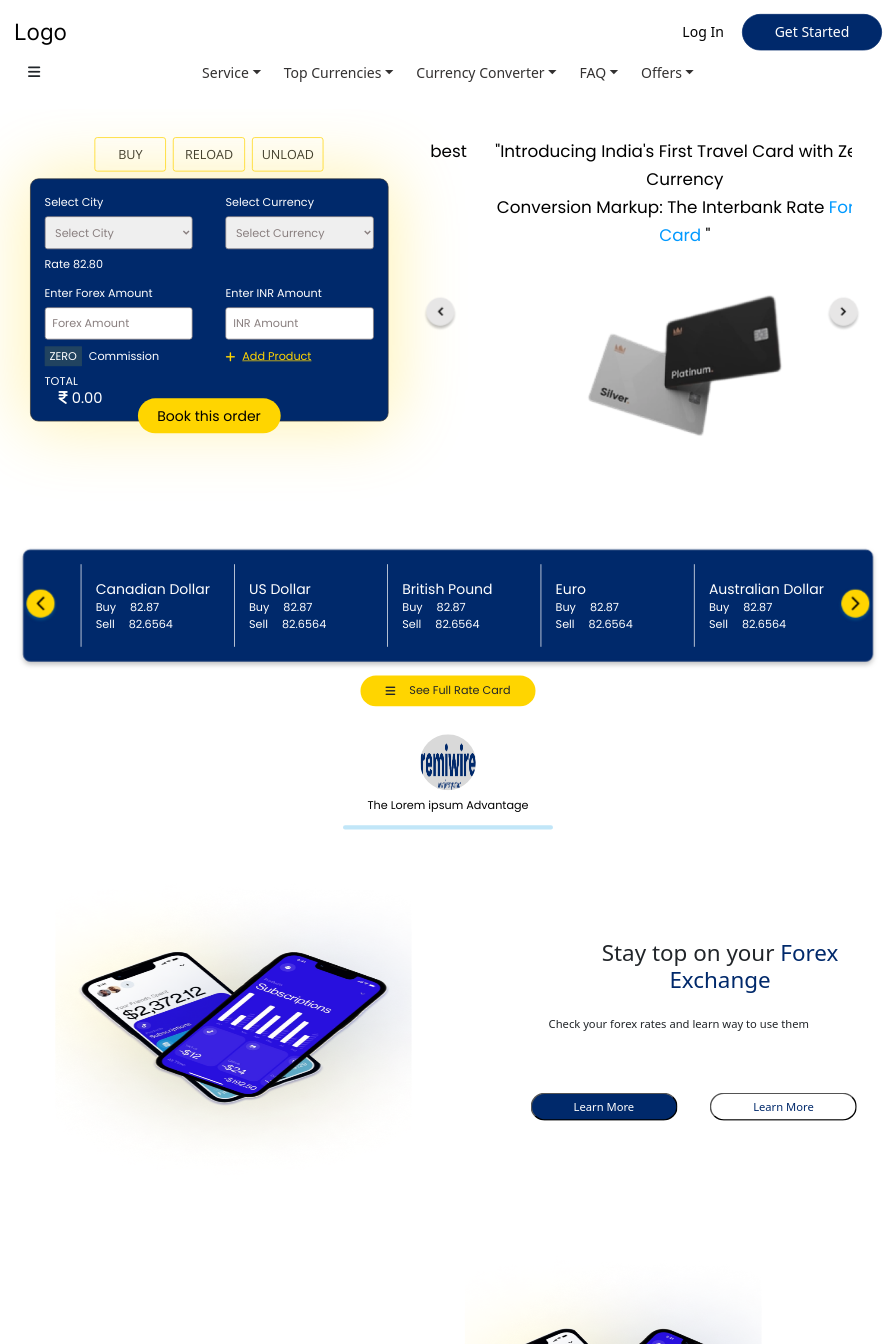
Repository: FlyweisReact/Akshadeep-latest
Page: /
These files come from the project's save history. The page is drawn as it stood at one moment and after a run of saves; the edit follows.
The browser window is 1280 px wide. The pictures show the part of the page from y = 0 to 1920 px (the page is 4704 px tall), at 70% of full size.
Some web libraries are served in a nearby version. The project was rebuilt for these pictures with package versions that can differ from the ones it lists, and the page was loaded fresh each time. Also part of the build but not shown: src/components/exchange.jsx, src/components/order_p1.jsx, src/components/order_p2.jsx, src/components/faas.jsx, src/components/offer.jsx, src/components/main2.jsx, src/components/home.jsx, src/components/slider.jsx and 6 more.

Above is the page before, as saved 2023-05-23 16:07:17.

### public/index.html
<!DOCTYPE html>
<html lang="en">
  <head>
    <meta charset="utf-8" />
    <link rel="icon" href="%PUBLIC_URL%/favicon.ico" />
    <meta name="viewport" content="width=device-width, initial-scale=1" />
    <meta name="theme-color" content="#000000" />
    <meta
      name="description"
      content="Web site created using create-react-app"
    />
    <link rel="apple-touch-icon" href="%PUBLIC_URL%/logo192.png" />

    <link rel="manifest" href="%PUBLIC_URL%/manifest.json" />
    <link rel="stylesheet" href="https://cdnjs.cloudflare.com/ajax/libs/font-awesome/5.15.3/css/all.min.css" />
    <link href="https://cdn.jsdelivr.net/npm/bootstrap@5.3.0-alpha1/dist/css/bootstrap.min.css" rel="stylesheet" integrity="sha384-GLhlTQ8iRABdZLl6O3oVMWSktQOp6b7In1Zl3/Jr59b6EGGoI1aFkw7cmDA6j6gD" crossorigin="anonymous">
    <title>React App</title>
  </head>
  <body>
    <noscript>You need to enable JavaScript to run this app.</noscript>
    <div id="root"></div>
    <script src="https://kit.fontawesome.com/b533b351e4.js" crossorigin="anonymous"></script>
  </body>
</html>

### src/components/Main.jsx
/** @format */

import React from "react";
import Navbar from "./navbar";
import "react-responsive-carousel/lib/styles/carousel.min.css";
import BottomCont from "./bottom_cont";
import Footer from "./footer";
import img from "../Images/a-7.png";
import UpperForm from "./Component/Index/UpperForm";
import UpperSlider from "./Component/Index/UpperSlider";
import CurrencySlider from "./Component/Index/CurrencySlider";
import logo from '../Images/logo.png'

function Main() {
  return (
    <>
      <Navbar />

      <div className="upper-two-component">
        <div className="left-component">
          <UpperForm />
        </div>
        <div className="right-component">
          <UpperSlider />
        </div>
      </div>

      <div className="Index-currency_cont">
        <CurrencySlider />
      </div>

      <div className="Index_center_button">
      <i className="fa-solid fa-bars"></i>
        <p>See Full Rate Card</p>
      </div>

      <div className="Index_center_Div">
      <img src={logo} alt='' className="logo" />

        <p>The Lorem ipsum Advantage</p>
        <hr />
      </div>



      <div className="main-2-cont">
        <div className="main-2-left">
          <img src={img} alt="" />
        </div>
        <div className="main-2-right">
          <h2>
            Stay top on your <spam className="sp">Forex Exchange</spam>
          </h2>
          <p>Check your forex rates and learn way to use them</p>
          <div className="main-2-r-btn">
            <button className="main-2l-btn">Learn More</button>
            <button className="main-2r-btn">Learn More</button>
          </div>
        </div>
      </div>
      <div className="main-3-cont">
        <div className="main-3-left">
          <h2>
            Stay top on your <spam className="sp">Forex Exchange</spam>
          </h2>
          <p>Check your forex rates and learn way to use them</p>
          <div className="main-2-r-btn">
            <button className="main-2l-btn">Learn More</button>
            <button className="main-2r-btn">Learn More</button>
          </div>
        </div>
        <div className="main-3-right">
          <img src={img} alt="" />
        </div>
      </div>
      <BottomCont />
      <Footer />
    </>
  );
}

export default Main;

### src/Style/Header.css
/** @format */

.Sticky-Header-Companent {
  height: 100%;
  background-color: var(--white);
  position: sticky;
  top: 0;
  z-index: 999;
  padding: 20px;
  transition: box-shadow 0.3s ease;
}

.scrolled {
  box-shadow: rgba(0, 0, 0, 0.24) 0px 3px 8px;
}

.Header {
  width: 100%;
  display: flex;
  justify-content: space-between;
  align-items: center;
}

.Header .left-component a {
  font-family: InterFont;
  font-size: 2rem;
  color: #000000;
  cursor: pointer;
  text-decoration: none;
}

.Header .right-component {
  display: flex;
  gap: 20px;
}
.Header .right-component .btn1 {
  font-weight: 500;
  font-size: var(--medium-font);
  color: var(--black);
  background-color: transparent;
  border: none;
}
.Header .right-component .btn2 {
  font-size: var(--medium-font);
  color: var(--white);
  background-color : #00296B;
  border: 1px solid #00296B;
  padding: 10px;
  width: 200px;
  border-radius: var(--half-border);
}

/* Category Drop- Down */
.Drop-Category-Bar {
  display: flex;
  align-items: center;
}
.Drop-Category-Bar .left-container {
  width: 20%;
  padding: 20px;
}

.Drop-Category-Bar .right-Container {
  display: flex;
  width: 60%;
  justify-content: space-evenly;
}

.Drop-Category-Bar .left-container i {
  font-size: var(--medium-font);
  cursor: pointer;
}
.Drop-Category-Bar .right-Container #dropdown-basic {
  border: none;
  font-size: var(--medium-font);
  font-style: normal;
  line-height: 29px;
  color: #333131;
}
.Drop-Category-Bar .right-Container #dropdown-button-drop-end {
  width: 100%;
  display: flex;
  justify-content: space-between;
  gap: 20px;
  align-items: center;
  font-size: var(--small-font);
  border: none;
}
.Drop-Category-Bar .right-Container .dropdown-item {
  width: 100%;
  font-size: var(--small-font);
  border: none;
  padding-left: 12px;
}

/* FullScreen Offcanvas */
.offcanvas.offcanvas-start {
  width: 100% !important;
  background-color: transparent;
}
.offcanvas-backdrop.show {
  opacity: 0.9 !important;
}
.Offcanvas-Menu {
  position: relative;
  padding: 20px;
}
.Offcanvas-Menu .fa-x {
  font-size: var(--medium-font);
  color: #fff;
  position: absolute;
  right: 20px;
  top: 20px;
  cursor: pointer;
}
.Offcanvas-Menu .Menu-Items {
  display: flex;
  justify-content: space-evenly;
  align-items: center;
  position: absolute;
  top: 50%;
  gap: 20px;
  left: 50%;
  transform: translate(-50%, -50%);
  width: 100%;
  padding-left: 5%;
  padding-right: 5%;
}
.Offcanvas-Menu .Menu-Items div {
  width: 20%;
  cursor: pointer;
}
.Offcanvas-Menu .Menu-Items div img {
  display: block;
  margin: auto;
}
.Offcanvas-Menu .Menu-Items div a {
  text-decoration: none;
}
.Offcanvas-Menu .Menu-Items p {
  font-size: var(--medium-font);
  color: #ffffff;
  text-align: center;
  margin-top: 10px;
  font-family: OpenFont;
  text-decoration: none;
  width: 100%;
}

### src/Style/Layout.css
/**
 * Two Section Component
 *
 * @format
 */

.upper-two-component {
  display: flex;
  justify-content: space-evenly;
  padding-top: 20px;
}
.upper-two-component .left-component {
  width: 40%;
}
.upper-two-component .right-component {
  width: 50%;
}

/* Currency Container */
.Index-currency_cont {
  width: 98%;
  margin: auto;
  padding: 20px;
  filter: drop-shadow(0px 4px 4px rgba(0, 0, 0, 0.25));
  padding-top: 5%;
}

/* Rate Button */
.Index_center_button {
  width: 250px;
  background: #ffd500;
  border-radius: 27px;
  display: flex;
  gap: 20px;
  justify-content: center;
  align-items: center;
  padding: 10px;
  margin: auto;
  cursor: pointer;
}
.Index_center_button i {
  margin: 0;
}
.Index_center_button p {
  margin: 0;
  font-family: PoppinFont;
  font-size: var(--extra-small-font);
}

/* Index_center_Div */
.Index_center_Div {
  width: 300px;
  display: block;
  margin: auto;
  padding-top: 20px;
  text-align: center;
  margin-top: 20px;
}
.Index_center_Div .logo {
  background-color: #d9d9d9;
  color: #000;
  font-family: PoppinFont;
  width: 80px;
  height: 80px;
  border-radius: 100%;
  display: flex;
  justify-content: center;
  align-items: center;
  margin: auto;
  font-size: var(--medium-font);
}
.Index_center_Div p {
  color: #000;
  font-family: PoppinFont;
  text-align: center;
  font-size: var(--extra-small-font);
  margin-top: 10px;
}
.Index_center_Div hr {
  border: 3px solid #0b9be3;
  border-radius: 8px;
}

### src/Style/Component.css
/**
 * Upper Form Component
 *
 * @format
 */

.Index-Upper-Form {
  width: 100%;
  padding-top: 20px;
}
.Index-Upper-Form .button-container {
  display: flex;
  align-items: center;
  justify-content: center;
  gap: 10px;
  width: 100%;
}
.Index-Upper-Form .button-container button {
  background-color: #fff;
  color: #333;
  border: 1px solid #ffd500;
  font-size: var(--small-font);
  cursor: pointer;
  padding: 10px;
  width: 20%;
  font-family: OpenFont;
  border-radius: 4px;
  transition: 0.5s;
}
.Index-Upper-Form .button-container button:hover {
  background: #ffd500;
}
.Index-Upper-Form .form-cont {
  width: 100%;
  margin-top: 10px;
  background: #00296b;
  border: 1px solid #333131;
  box-shadow: 0px 0px 100px 8px rgba(255, 213, 0, 0.3);
  border-radius: 12px;
  position: relative;
  padding: 20px;
}
.Index-Upper-Form .form-cont .form-part-1 .two-cont {
  display: flex;
  justify-content: space-between;
  width: 100%;
}
.Index-Upper-Form .form-cont .form-part-1 .two-cont div {
  width: 45%;
}
.Index-Upper-Form .form-cont .form-part-1 .two-cont div label {
  color: var(--white);
  font-size: var(--extra-small-font);
  font-family: PoppinFont;
  line-height: 24px;
  color: #ffffff;
}

.Index-Upper-Form .form-cont .form-part-1 .two-cont div select {
  width: 100%;
  margin-top: 3px;
  outline: none;
  font-size: var(--extra-small-font);
  color: #897f7f;
  font-family: PoppinFont;
  padding: 10px;
  border-radius: 4px;
  border: 1px solid #897f7f;
}
.Index-Upper-Form .form-cont .form-part-1 .rate {
  font-size: 16px;
  line-height: 24px;
  color: #ffffff;
  margin-top: 10px;
  font-family: PoppinFont;
}
.Index-Upper-Form .form-cont .form-part-1 .two-cont div input {
  width: 100%;
  margin-top: 3px;
  outline: none;
  font-size: var(--extra-small-font);
  color: #897f7f;
  font-family: PoppinFont;
  padding: 10px;
  border-radius: 4px;
  border: 1px solid #897f7f;
}
.Index-Upper-Form .form-cont .form-part-1 .two-cont div input::placeholder {
  color: #897f7f;
}
.Index-Upper-Form .form-cont .form-part-1 .two-cont .two-section {
  display: flex;
  gap: 10px;
  color: var(--white);
  margin-top: 10px;
  align-items: center;
}
.Index-Upper-Form .form-cont .form-part-1 .two-cont .two-section p {
  margin: 0;
  font-family: PoppinFont;
}
.Index-Upper-Form .form-cont .form-part-1 .two-cont .two-section button {
  background-color: #214360;
  outline: none;
  border: 1px solid #214360;
  color: var(--white);
  font-family: PoppinFont;
}
.Index-Upper-Form .form-cont .form-part-1 .two-cont .two-section i {
  color: #ffd500;
}
.Index-Upper-Form .form-cont .form-part-1 .two-cont .two-section .add {
  color: #ffd500;
  text-decoration: underline;
}
.Index-Upper-Form .form-cont .ord-btn {
  font-size: var(--medium-font);
  font-family: PoppinFont;
  background: #ffd500;
  border-radius: 30.2748px;
  border: none;
  width: 40%;
  padding: 10px;
  display: block;
  margin: auto;
  position: absolute;
  top: 98%;
  cursor: pointer;
  left: 50%;
  transform: translate(-50%, -50%);
}

/* Slick Slider */
.slick-slider-Cont {
  position: relative;
}
.slick-slider-Cont .Prev-Next_cont {
  display: flex;
  justify-content: space-between;
}
.slick-slider-Cont .Prev-Next_cont .PrevImg {
  position: absolute;
  top: 50%;
  left: 5%;
  transform: translate(-50%, -50%);
  cursor: pointer;
}
.slick-slider-Cont .Prev-Next_cont .NextImg {
  position: absolute;
  top: 50%;
  left: 95%;
  transform: translate(-50%, -50%);
  cursor: pointer;
}

.Slick-Slider {
  height: 100%;
  padding: 20px;
}
.Slick-Slider .slider-container-div {
  width: 100%;
}
.Slick-Slider .slider-container-div p {
  font-family: PoppinFont;
  font-size: 24px;
  line-height: 40px;
  color: #000;
  text-align: center;
  margin: 0;
}
.Slick-Slider .slider-container-div img {
  display: block;
  margin: auto;
}
.Slick-Slider:focus {
  border: none !important;
}
.Slick-Slider:active {
  border: none !important;
}

.Slick-Slider .slider-container-div .two-comp {
  display: flex;
  justify-content: space-evenly;
  gap: 10px;
}
.Slick-Slider .slider-container-div .two-comp .left-comp {
  width: 45%;
  position: relative;
}
.Slick-Slider .slider-container-div .two-comp .left-comp img {
  position: absolute;
  top: 50%;
  left: 50%;
  transform: translate(-50%, -50%);
}
.Slick-Slider .slider-container-div .two-comp .right-comp {
  width: 60%;
}
.Slick-Slider .slider-container-div .two-comp .right-comp div {
  display: flex;
  padding-top: 20px;
  gap: 20px;
  align-items: center;
}
.Slick-Slider .slider-container-div .two-comp .right-comp p {
  margin: 0;
  font-size: var(--extra-small-font);
  line-height: normal;
  width: 90%;
  text-align: left;
}
.Slick-Slider .slider-container-div .two-comp .right-comp i {
  margin: 0;
  background-color: #00a067;
  color: #fff;
  border-radius: 100%;
  padding: 5px;
}


/* Currency-Slider  */
.currency_slider_cont{
  background-color: #00296B;
  border: 1px solid #00296B;
  border-radius: 10px;
  position: relative;
  width: 100%;
}
.currency_slider_cont .currency_slider{
  height: 100%;
  padding: 20px;
  padding-left: 5%;
  padding-right: 5%;
}
.currency_slider_cont .currency_slider:focus {
  border: none !important;
}
.currency_slider_cont .currency_slider:active {
  border: none !important;
}

.currency_slider_cont .currency_slider .Item{
  color: #fff;
  border-right: 1px solid #fff;
  padding: 20px;
  width: 20%;
}
.currency_slider_cont .currency_slider .Item p{
  margin: 0;
}
.currency_slider_cont .currency_slider .Item .head{
  font-family: PoppinFont;
  font-size: var(--medium-font);
}
.currency_slider_cont .currency_slider .Item .two_sec{
  display: flex;
  align-items: center;
  gap: 20px;
}
.currency_slider_cont .currency_slider .Item .two_sec p{
  font-family: PoppinFont;
font-size: var(--extra-small-font);
}
.currency_slider_cont .Prev-Next_cont {
  display: flex;
  justify-content: space-between;
}
.currency_slider_cont .Prev-Next_cont .PrevImg {
  position: absolute;
  top: 50%;
  left: 2%;
  transform: translate(-50%, -50%);
  cursor: pointer;
}
.currency_slider_cont .Prev-Next_cont .NextImg {
  position: absolute;
  top: 50%;
  left: 98%;
  transform: translate(-50%, -50%);
  cursor: pointer;
}

.slick-prev:before {
  display: none !important;
}
.slick-next:before{
  display: none
  ;
}

### src/components/navbar.jsx
import Header from "./Layout/Header";

const Navbar = () => {
  return (
    <>
      <Header />

    </>
  );
};

export default Navbar;

### src/components/bottom_cont.jsx
import React from "react";
import img from "../Images/a-33.png";
import img2 from "../Images/a-34.png";
import img3 from "../Images/a-35.png";
import img4 from "../Images/a-36.png";
import img5 from "../Images/a-37.png";
import img6 from "../Images/a-51.png";

const BotCont = () => {
  return (
    <>
      <div className="bot-part-1">
        <div className="bot-cont-imgs">
          <div>
            <img src={img} />
            <h6>USD 1 Billion+</h6>
            <p>Exchanged so far</p>
          </div>
          <div>
            <img src={img2} />
            <h6>3,00,000+</h6>
            <p>Happy Customers</p>
          </div>
          <div>
            <img src={img3} />
            <h6>5000+</h6>
            <p>Banks and Money Exchangers</p>
          </div>
        </div>
      </div>
      <div className="bot-part-3">
        <img src={img6} />
      </div>
      <div className="bot-part-2">
        <h3>Media Mentions</h3>
        <div className="bot-part-2-sub">
          <div className="bot-cont-card">
            <h4>Loren Ipsum Id best Platform out there</h4>
            <p>
              Lorem Ipsum is simply dummy text of the printing and typesetting
              industry. Lorem Ipsum has been the industry's standard dummy text
              ever since the 1500s, when an unknown printer took a galley of
              type and scrambled it to make a type specimen book.
            </p>
            <div className="thin-line"></div>
            <div className="bot-cont-card-2">
              <img src={img4} />
              <p>5 star</p>
            </div>
          </div>
          <div className="bot-cont-card">
            <h4>Loren Ipsum Id best Platform out there</h4>
            <p>
              Lorem Ipsum is simply dummy text of the printing and typesetting
              industry. Lorem Ipsum has been the industry's standard dummy text
              ever since the 1500s, when an unknown printer took a galley of
              type and scrambled it to make a type specimen book.
            </p>
            <div className="thin-line"></div>
            <div className="bot-cont-card-2">
              <img src={img5} style={{height:"40px"}} />
              <p>5 star</p>
            </div>
          </div>
        </div>
      </div>
    </>
  );
};

export default BotCont;

### src/components/footer.jsx
import React from "react";

const Footer = () => {
  return (
    <footer className="footer">
      <div className="footer-cont">
        <div className="foot-row">
          <div className="foot-col">
            <h3>Company</h3>
            <p>About Us</p>
            <p>Contact Us</p>
            <p>Careers</p>
          </div>
          <div className="foot-col">
            <h3>Services</h3>
            <p>Prepaid Travel Card</p>
            <p>Foreign Demand Draft</p>
            <p>Foreign Currency</p>
            <p>Educational Loans</p>
            <p>Remmittance</p>
            <p>Travel Insurance</p>
            <p>Forex as a Service (Faas Solution)</p>
          </div>
          <div className="foot-col">
            <h3>Quick Links</h3>
            <p>FAQs</p>
            <p>Cancellation & Refund Policy</p>
            <p>Forex Rates</p>
            <p>Our Policies</p>
            <p>Terms of Use</p>
            <p>Site Map</p>
            <p>Offers</p>
          </div>
          <div className="foot-col">
            <h3>Insight</h3>
            <p>Blogs</p>
            <p>Press Release</p>
            <p>Foreign Currency</p>
            <p>Educational Loans</p>
            <p>Remmittance</p>
            <p>Travel Insurance</p>
            <p>Forex as a Service (Faas Solution)</p>
          </div>
          <div className="foot-col">
            <h3>Registered Office Address</h3>
            <p>Lorem Ipsum Pvt ltd.</p>
            <p>P-701 to P-705 lorem ipsum , 7th floor, 11th tower, panchsheel primerose, vatista
                , Gurugram, Hariyana
            </p>
            {/*<ul className="social-icons">
              <li>
                <a href="#">
                  <i className="fab fa-facebook-f"></i>
                </a>
              </li>
              <li>
                <a href="#">
                  <i className="fab fa-twitter"></i>
                </a>
              </li>
              <li>
                <a href="#">
                  <i className="fab fa-linkedin"></i>
                </a>
              </li>
              <li>
                <a href="#">
                  <i className="fab fa-instagram"></i>
                </a>
              </li>
            </ul>*/}
          </div>
        </div>
      </div>
      <div className="footer-bottom">
        <p>&copy; 2023 Forex Inc. All Rights Reserved.</p>
      </div>
    </footer>
  );
};

export default Footer;

### src/components/signup.jsx
import Button from "react-bootstrap/Button";
import Modal from "react-bootstrap/Modal";

function MyVerticallyCenteredModal(props) {
  return (
    <Modal
      {...props}
      size="lg"
      aria-labelledby="contained-modal-title-vcenter"
      centered
    >
      <Modal.Body>
        <div className="popupe-container">
          <div className="popupe">
            <span className="close" onClick={props.onHide}>
              &times;
            </span>
            <h2 className="form-title">Register</h2>
            <form>
              <div class="form-groupe">
                <label for="name" className="label-inp">Name</label>
                <input type="text" id="name" name="name" placeholder="Enter your name here" />
              </div>
              <div class="form-groupe">
                <label for="mobile" className="label-inp">Mobile Number</label>
                <input type="email" id="email" name="email" placeholder="Enter your mobile no here"/>
              </div>
              <div class="form-groupe">
                <label for="email" className="label-inp">Email</label>
                <input type="email" id="email" name="email" placeholder="Enter your email here"/>
              </div>
              <button type="submit" className="btn-form-submit">Submit</button>
            </form>
            <h2 className="form-title">Or</h2>
            <div className="form-bot-cont">
              <div className="left-btn">
                  <button className="btn-2">
                  <i class="fab fa-facebook-f fc" ></i>
                  facebook</button>
              </div>
              <div className="right-btn">
                  <button className="btn-2">
                  <i class="fab fa-google-plus-g gl"></i>
                    Google</button>
              </div>
            </div>
            </div>
          </div>
      </Modal.Body>
    </Modal>
  );
}

export default MyVerticallyCenteredModal;

### src/components/login.jsx

import Modal from "react-bootstrap/Modal";

function MyVerticallyCenteredModal(props) {
  return (
    <Modal
      {...props}
      size="lg"
      aria-labelledby="contained-modal-title-vcenter"
      centered
    >
      <Modal.Body>
        <div className="popupe-container">
          <div className="popupe">
            <span className="close" onClick={props.onHide}>
              &times;
            </span>
            <h2 className="form-title">Login</h2>
            <form>
              <div class="form-groupe">
                <label for="name" className="label-inp">Mobile Number/ Email Id</label>
                <input type="text" id="name" name="name" placeholder="Enter mobile number/ email Id" />
              </div>
              <button type="submit" className="btn-form-submit">Submit</button>
            </form>
            </div>
            <h2 className="form-title">Or</h2>
            <div className="form-bot-cont">
              <div className="left-btn">
                  <button className="btn-2">
                  <i class="fab fa-facebook-f fc" ></i>
                  facebook</button>
              </div>
              <div className="right-btn">
                  <button className="btn-2">
                  <i class="fab fa-google-plus-g gl"></i>
                    Google</button>
              </div>
            </div>
          </div>
      </Modal.Body>
    </Modal>
  );
}

export default MyVerticallyCenteredModal;

Loaded but not shown: src/Json/menu.json (187 lines, source omitted); src/components/Component/Index/UpperSlider.js (180 lines, source omitted); src/components/Component/Index/CurrencySlider.js (162 lines, source omitted); src/components/Component/Index/UpperForm.js (74 lines, source omitted); src/components/Layout/DropBar.js (60 lines, source omitted); src/components/Layout/Sidebar.js (70 lines, source omitted); src/App.js (50 lines, source omitted); src/components/Layout/Header.js (56 lines, source omitted); src/index.js (13 lines, source omitted); src/index.css (2406 lines, source omitted)

After the next 3 saves:
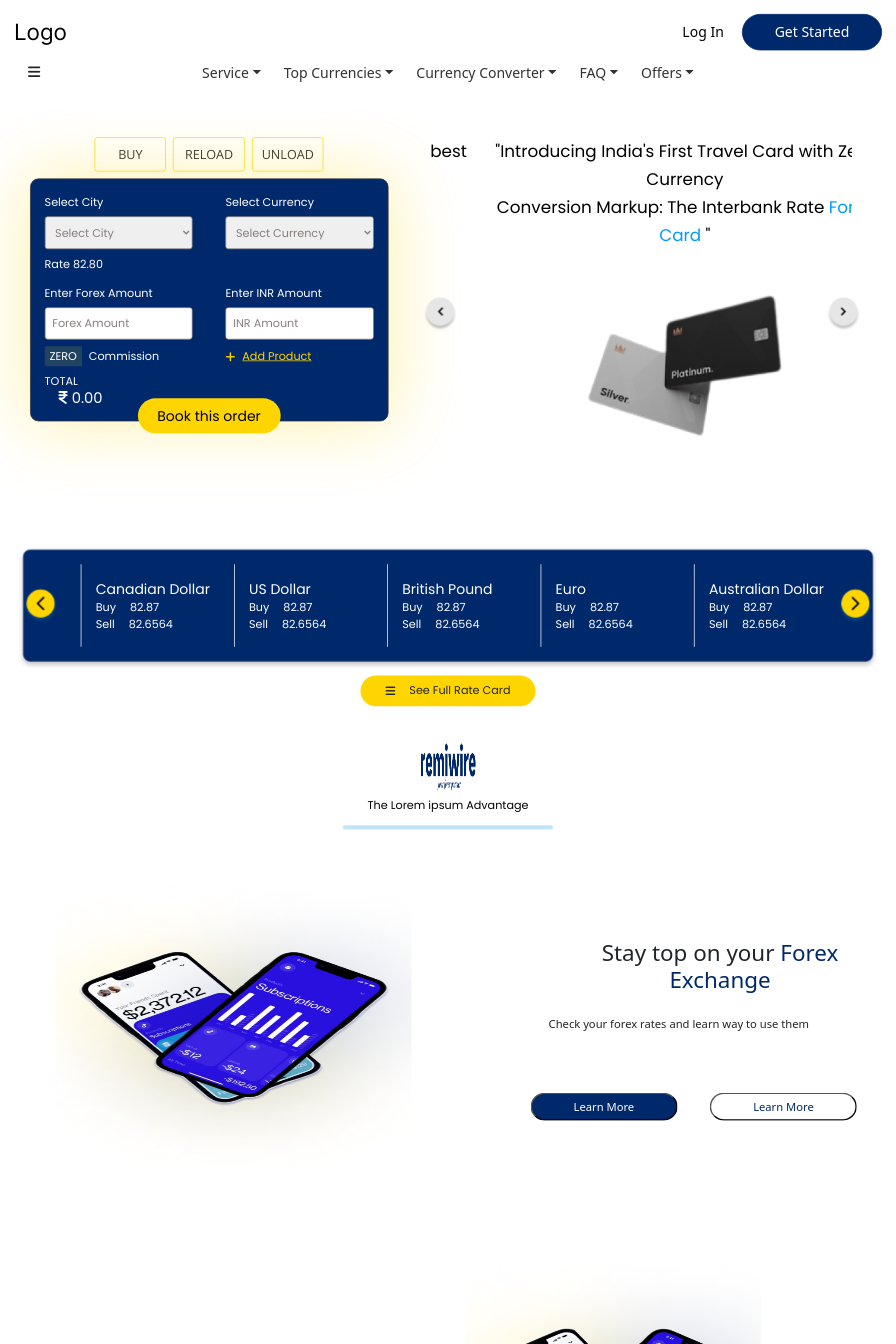
The 3 saves are shown as one change because they came seconds apart.
The last was saved 11 s later.
--- a/src/Style/Layout.css
+++ b/src/Style/Layout.css
@@ -57,12 +57,8 @@
   margin-top: 20px;
 }
 .Index_center_Div .logo {
-  background-color: #d9d9d9;
-  color: #000;
-  font-family: PoppinFont;
   width: 80px;
   height: 80px;
-  border-radius: 100%;
   display: flex;
   justify-content: center;
   align-items: center;
